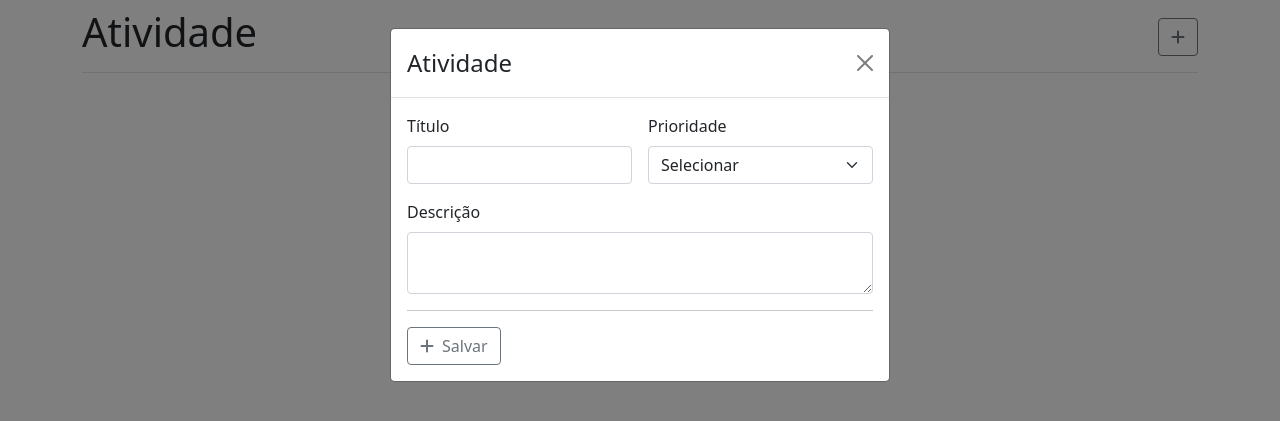
Repository: faribeiro/react-dotnetcore-efcore
Page: / (app in front/pro-atividade-app/), after clicking the first element matching `button.btn`
An editor plug-in stored every save of this project. The page is shown before and after the next save, followed by the edit.
The browser window is 1280 px wide. The pictures show the whole page.
The page's requests for data from a server got no answer. The project was rebuilt for these pictures with package versions that can differ from the ones it lists, and the page was loaded fresh each time. No one was signed in, and anything a server would have sent is missing. Also part of the build but not shown: front/pro-atividade-app/src/components/Atividade.js.

Above is the page before, as saved 2023-10-24 16:05:36.

After the next save:
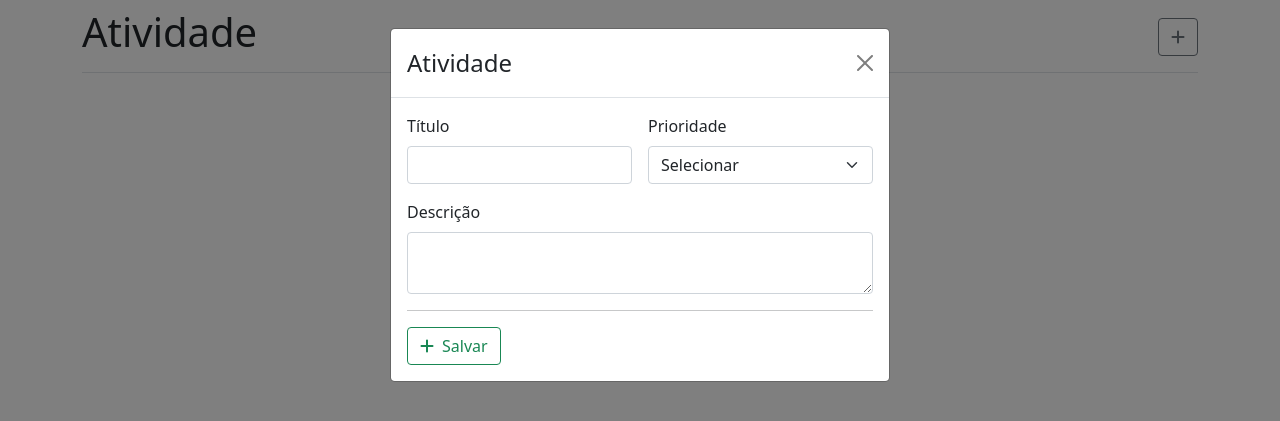
Saved 7 s later.
--- a/front/pro-atividade-app/src/components/AtividadeForm.js
+++ b/front/pro-atividade-app/src/components/AtividadeForm.js
@@ -96,7 +96,7 @@ export default function AtividadeForm(props) {
     <div className="col-12 mt-0">
       { atividade.id === 0 ? (
         <button
-            className="btn btn-outline-secondary"
+            className="btn btn-outline-success"
             type="submit">
            <i className='fas fa-plus me-2'></i>
               Salvar
